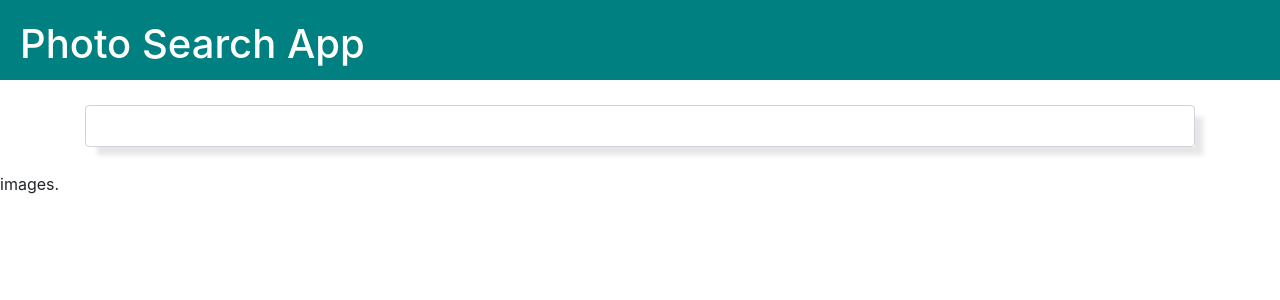
Repository: lamilekan263/photoapp
Page: /
These files come from the project's save history. The page is drawn as it stood at one moment and after the next save; the edit follows.
The browser window is 1280 px wide. The pictures show the whole page.
The project was rebuilt for these pictures with package versions that can differ from the ones it lists, and the page was loaded fresh each time. Also part of the build but not shown: src/components/ImageCard/ImageCard.scss, src/components/ImageCard/ImageCard.js.

Above is the page before, as saved 2020-08-26 12:52:49.

After the next save:
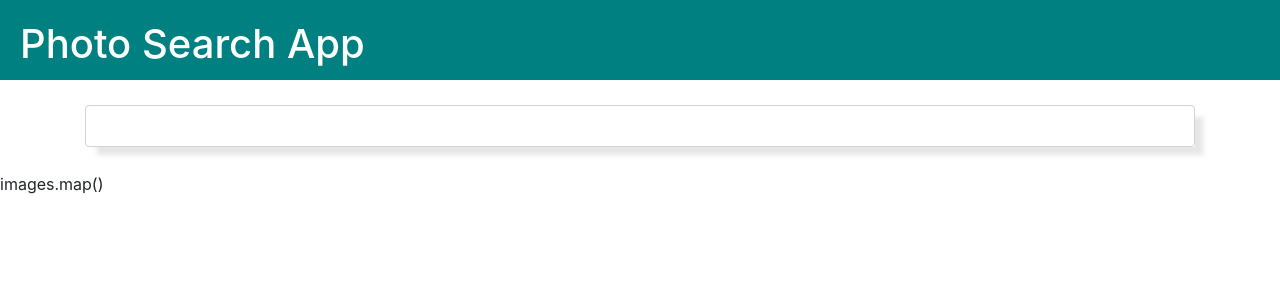
Saved 6 s later.
--- a/src/components/imageList/imageList.js
+++ b/src/components/imageList/imageList.js
@@ -6,7 +6,7 @@ import './imageList.scss'
 const ImageList = ({ images }) =>{
     return(
         <div className="image-display">
-            images.
+            images.map()
 
         </div>
     )
